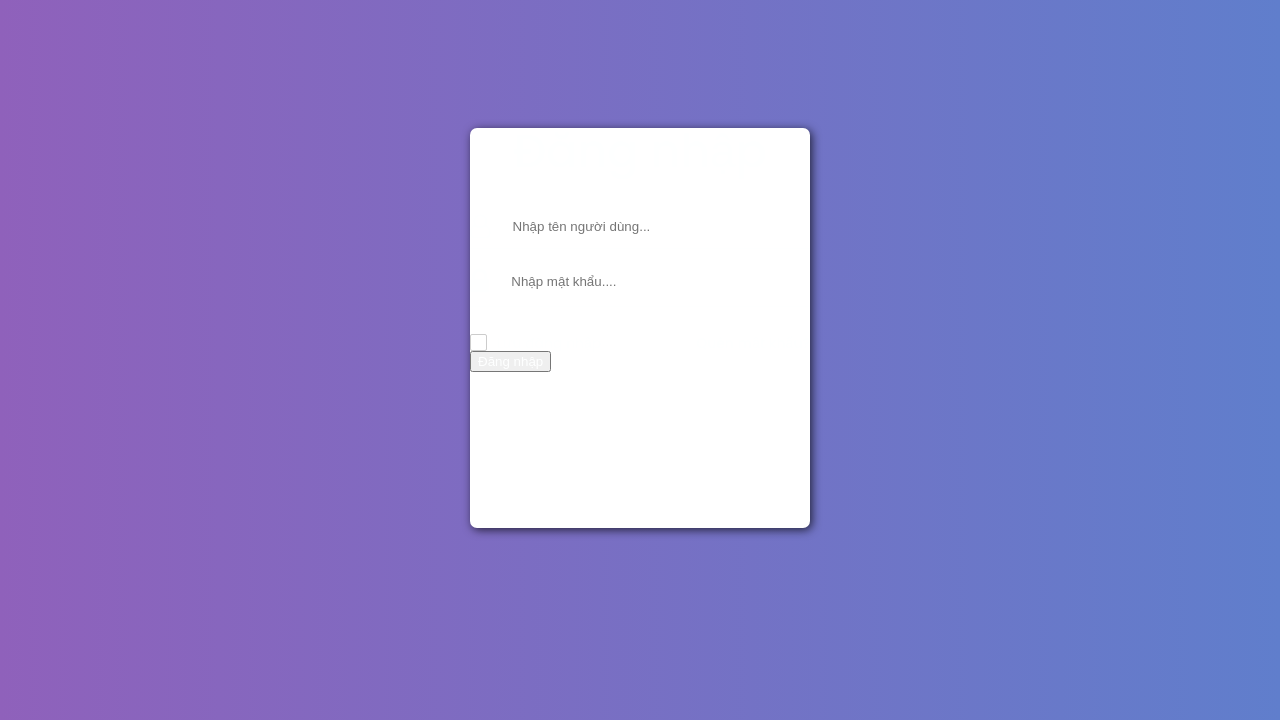
Repository: Nieday306/shophoaqua
Page: login.html
The author's editor kept a copy of each file at every save. The page is drawn from the files as they stood at one save, then again after the next save.
The browser window is 1280 px wide. The pictures show the whole page.

Above is the page before, as saved 2024-04-06 18:07:55.

### login.html
<!DOCTYPE html>
<html lang="en">
  <head>
    <meta charset="UTF-8" />
    <meta name="viewport" content="width=device-width, initial-scale=1.0" />
    <!-- reset css -->
    <link rel="stylesheet" href="./assets/css/reset.css" />
    <!-- style css -->
    <link rel="stylesheet" href="./assets/css/style.css" />
    <!-- login css -->
    <link rel="stylesheet" href="./assets/css/login.css" />
    <!-- font  -->
    <link rel="stylesheet" href="./assets/font/stylesheet.css" />
    <title>CTN - Đăng nhập</title>
    <!-- font awesome -->
    <link
      rel="stylesheet"
      href="https://cdnjs.cloudflare.com/ajax/libs/font-awesome/4.7.0/css/font-awesome.min.css"
    />
  </head>
  <body>
    <main>
      <div class="login">
        <form
          action="https://api-gateway.fullstack.edu.vn/action_page.php"
          method="post"
          autocomplete="off"
        >
          <h1 class="login-title">Đăng nhập</h1>
          <div class="form-group">
            <div class="row row-text">
              <label for="username"
                ><i class="fa fa-user-o" style="font-size: 24px"></i
              ></label>
              <input
                type="text"
                name="username"
                id="username"
                placeholder="Nhập tên người dùng..."
                required
                minlength="8"
              />
            </div>
            <p class="form-error">* Nhập từ 8 ký tự trở lên</p>
          </div>
          <div class="form-group">
            <div class="row row-text">
              <label for="password">
                <i class="fa fa-lock" style="font-size: 30px"></i>
              </label>
              <input
                type="text"
                name="password"
                id="password"
                placeholder="Nhập mật khẩu...."
                required
                minlength="8"
              />
            </div>
            <p class="form-error">* Nhập từ 8 kí tự trở lên</p>
          </div>
          <div class="form-group">
            <div class="row row-remember">
              <input type="checkbox" name="remember" id="remember" hidden />
              <label class="remember" for="remember">Lưu đăng nhập</label>
              <a href="#!" class="forgot-pass">Quên mật khẩu?</a>
            </div>
          </div>
          <div class="form-group">
            <div class="row">
              <input type="submit" value="Đăng nhập" />
            </div>
          </div>
        </form>
      </div>
    </main>
  </body>
</html>

### assets/css/style.css
* {
  box-sizing: border-box;
}

html,
body {
  scroll-behavior: smooth;
}

html {
  font-size: 62.5%;
}

body {
  font-size: 1.6rem;
  font-family: "Poppins", sans-serif;
  margin: 0px auto;
}

### assets/css/login.css
:root {
  --color-word: #feffff;
}

body {
  background-image: linear-gradient(to right, #8f61bb, #607ecc);
}

/* ==================common=================== */
a {
  text-decoration: none;
  color: var(--color-word);
  font-size: 1.4rem;
  font-weight: 500;
}
/* main */

main {
  display: flex;
}

.login {
  background-color: #fff;
  width: 340px;
  min-height: 400px;
  margin: 10% auto;
  border-radius: 7px;
  box-shadow: 2px 2px 10px rgb(0, 0, 0, 0.7);
}

.row {
  display: flex;
  justify-content: space-between;
  align-items: center;
}

.login-title {
  font-size: 4.6rem;
  font-weight: 500;
  color: var(--color-word);
  text-align: center;
  margin-bottom: 40px;
}

.fa,
input {
  color: var(--color-word);
}

input[type="text"] {
  width: 100%;
  background-color: transparent;
  outline: none;
  border: none;
  margin-left: 20px;
}

.row-text {
  padding-bottom: 10px;
  border-bottom: 1px solid var(--color-word);
}

.form-error {
  color: red;
  font-size: 1.4rem;
  margin-top: 3px;
  visibility: hidden;
}

input[type="text"]:has(:invalid) ~ .form-error {
  visibility: visible;
}

.row-remember {
  margin-top: 10px;
}

.remember {
  position: relative;
  display: flex;
  align-items: center;
  gap: 10px;
  color: var(--color-word);
  font-size: 1.4rem;
}

.remember::before {
  content: "";
  display: inline-block;
  width: 15px;
  height: 15px;
  background-color: #fff;
  border: 1px solid#ccc;
  border-radius: 2px;
}

input[type="checkbox"]:checked ~ .remember::after {
  position: absolute;
  content: "";
  display: inline-block;
  height: 5px;
  width: 10px;
  top: 2px;
  left: 2px;
  border: 3px solid #737499;
  border-top: none;
  border-right: none;
  rotate: -45deg;
}

.remember::before,
.remember::after {
  cursor: pointer;
}

.forgot-pass {
}

### assets/font/stylesheet.css
@font-face {
    font-family: 'Poppins';
    src: url('Poppins-Black.woff2') format('woff2'),
        url('Poppins-Black.woff') format('woff');
    font-weight: 900;
    font-style: normal;
    font-display: swap;
}

@font-face {
    font-family: 'Poppins';
    src: url('Poppins-Bold.woff2') format('woff2'),
        url('Poppins-Bold.woff') format('woff');
    font-weight: bold;
    font-style: normal;
    font-display: swap;
}

@font-face {
    font-family: 'Poppins';
    src: url('Poppins-BlackItalic.woff2') format('woff2'),
        url('Poppins-BlackItalic.woff') format('woff');
    font-weight: 900;
    font-style: italic;
    font-display: swap;
}

@font-face {
    font-family: 'Poppins';
    src: url('Poppins-BoldItalic.woff2') format('woff2'),
        url('Poppins-BoldItalic.woff') format('woff');
    font-weight: bold;
    font-style: italic;
    font-display: swap;
}

@font-face {
    font-family: 'Poppins';
    src: url('Poppins-ExtraLightItalic.woff2') format('woff2'),
        url('Poppins-ExtraLightItalic.woff') format('woff');
    font-weight: 200;
    font-style: italic;
    font-display: swap;
}

@font-face {
    font-family: 'Poppins';
    src: url('Poppins-ExtraBoldItalic.woff2') format('woff2'),
        url('Poppins-ExtraBoldItalic.woff') format('woff');
    font-weight: bold;
    font-style: italic;
    font-display: swap;
}

@font-face {
    font-family: 'Poppins';
    src: url('Poppins-ExtraBold.woff2') format('woff2'),
        url('Poppins-ExtraBold.woff') format('woff');
    font-weight: bold;
    font-style: normal;
    font-display: swap;
}

@font-face {
    font-family: 'Poppins';
    src: url('Poppins-Italic.woff2') format('woff2'),
        url('Poppins-Italic.woff') format('woff');
    font-weight: normal;
    font-style: italic;
    font-display: swap;
}

@font-face {
    font-family: 'Poppins';
    src: url('Poppins-ExtraLight.woff2') format('woff2'),
        url('Poppins-ExtraLight.woff') format('woff');
    font-weight: 200;
    font-style: normal;
    font-display: swap;
}

@font-face {
    font-family: 'Poppins';
    src: url('Poppins-Regular.woff2') format('woff2'),
        url('Poppins-Regular.woff') format('woff');
    font-weight: normal;
    font-style: normal;
    font-display: swap;
}

@font-face {
    font-family: 'Poppins';
    src: url('Poppins-LightItalic.woff2') format('woff2'),
        url('Poppins-LightItalic.woff') format('woff');
    font-weight: 300;
    font-style: italic;
    font-display: swap;
}

@font-face {
    font-family: 'Poppins';
    src: url('Poppins-SemiBold.woff2') format('woff2'),
        url('Poppins-SemiBold.woff') format('woff');
    font-weight: 600;
    font-style: normal;
    font-display: swap;
}

@font-face {
    font-family: 'Poppins';
    src: url('Poppins-Light.woff2') format('woff2'),
        url('Poppins-Light.woff') format('woff');
    font-weight: 300;
    font-style: normal;
    font-display: swap;
}

@font-face {
    font-family: 'Poppins';
    src: url('Poppins-Medium.woff2') format('woff2'),
        url('Poppins-Medium.woff') format('woff');
    font-weight: 500;
    font-style: normal;
    font-display: swap;
}

@font-face {
    font-family: 'Poppins';
    src: url('Poppins-MediumItalic.woff2') format('woff2'),
        url('Poppins-MediumItalic.woff') format('woff');
    font-weight: 500;
    font-style: italic;
    font-display: swap;
}

@font-face {
    font-family: 'Poppins';
    src: url('Poppins-Thin.woff2') format('woff2'),
        url('Poppins-Thin.woff') format('woff');
    font-weight: 100;
    font-style: normal;
    font-display: swap;
}

@font-face {
    font-family: 'Poppins';
    src: url('Poppins-ThinItalic.woff2') format('woff2'),
        url('Poppins-ThinItalic.woff') format('woff');
    font-weight: 100;
    font-style: italic;
    font-display: swap;
}

@font-face {
    font-family: 'Poppins';
    src: url('Poppins-SemiBoldItalic.woff2') format('woff2'),
        url('Poppins-SemiBoldItalic.woff') format('woff');
    font-weight: 600;
    font-style: italic;
    font-display: swap;
}

Loaded but not shown: assets/css/reset.css (common file)

After the next save:
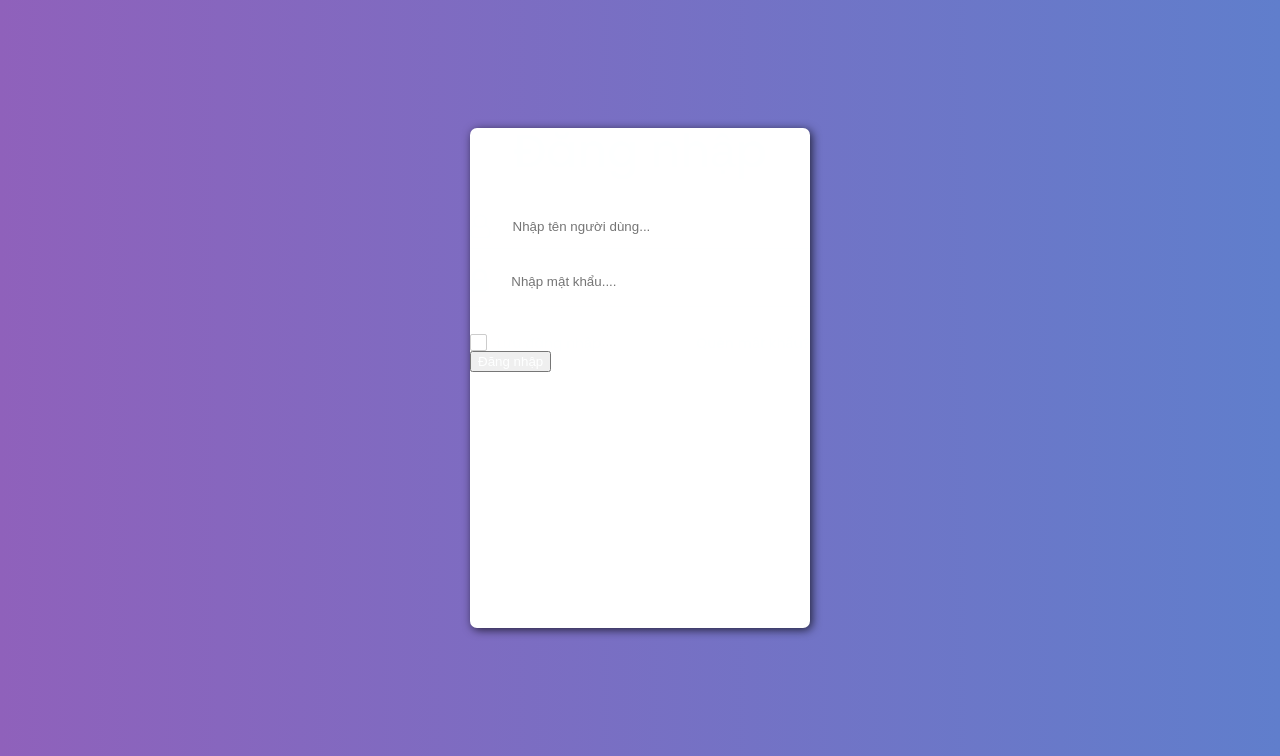
Saved 15 s later.
--- a/assets/css/login.css
+++ b/assets/css/login.css
@@ -22,7 +22,7 @@ main {
 .login {
   background-color: #fff;
   width: 340px;
-  min-height: 400px;
+  min-height: 500px;
   margin: 10% auto;
   border-radius: 7px;
   box-shadow: 2px 2px 10px rgb(0, 0, 0, 0.7);
